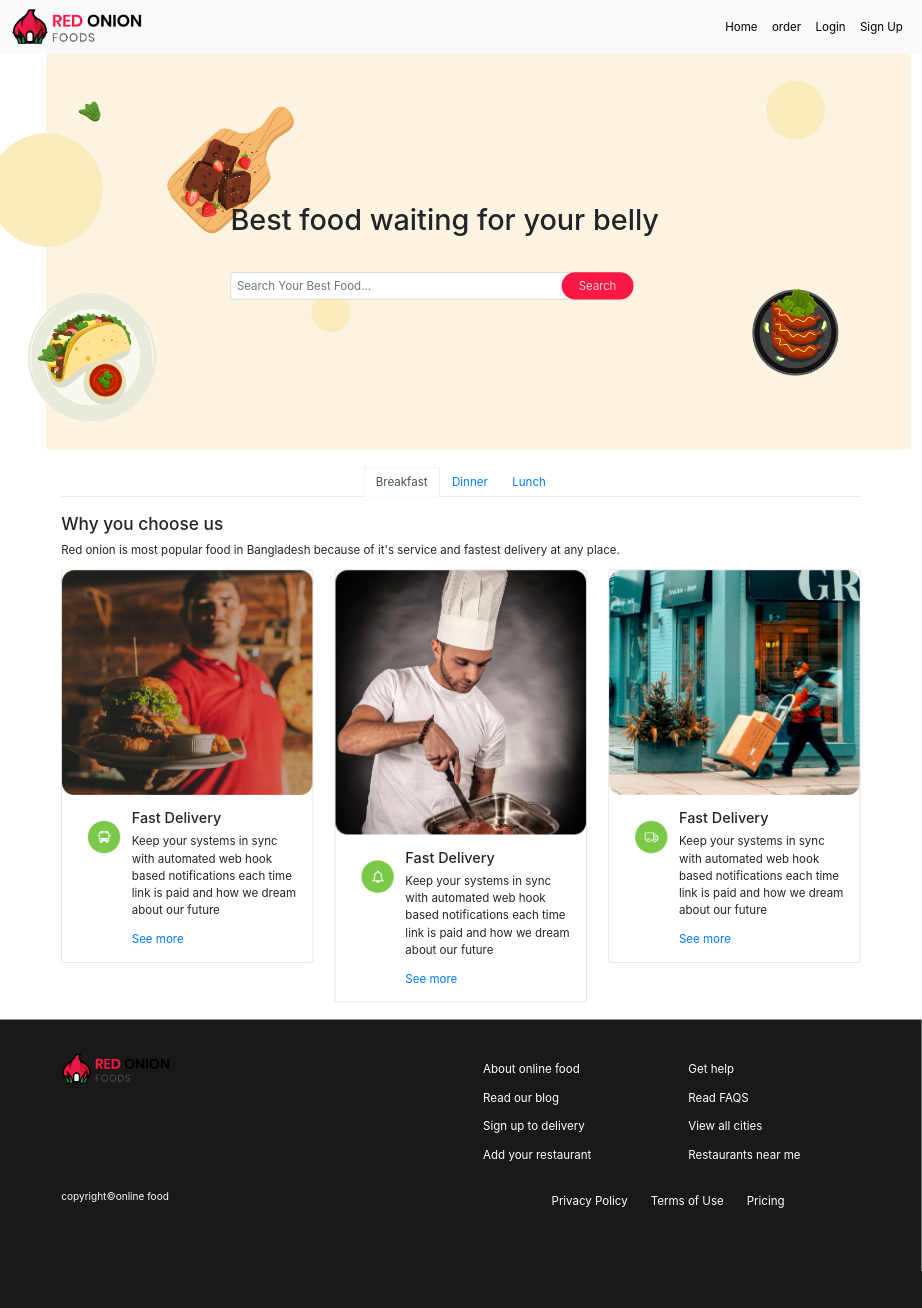
Repository: arif286/red-onion-client
Page: /
The author's editor kept a copy of each file at every save. The page is drawn from the files as they stood at one save, then again after the next save.
The browser window is 1280 px wide. The pictures show the whole page, at 72% of full size.
The page's requests for data from a server got no answer. The project was rebuilt for these pictures with package versions that can differ from the ones it lists, and the page was loaded fresh each time. Some packages were replaced by stand-ins written for this rebuild. No one was signed in, and anything a server would have sent is missing. Also part of the build but not shown: src/App.css, src/components/CheckOut/CheckOut.css, src/components/CheckOut/CheckOutForm/CheckOutFrom.js, src/components/CheckOut/CheckOut.js, src/components/FoodDetails/FoodDetail.css, src/components/FoodDetails/FoodDetail.js, src/components/Food/FoodItem.js, src/components/LogIn/firebase.config.js and 7 more. Imported but missing from the stored project, and not drawn on this page: src/components/CheckOut/Map/Map.

Above is the page before, as saved 2021-04-07 02:01:16.

After the next save:
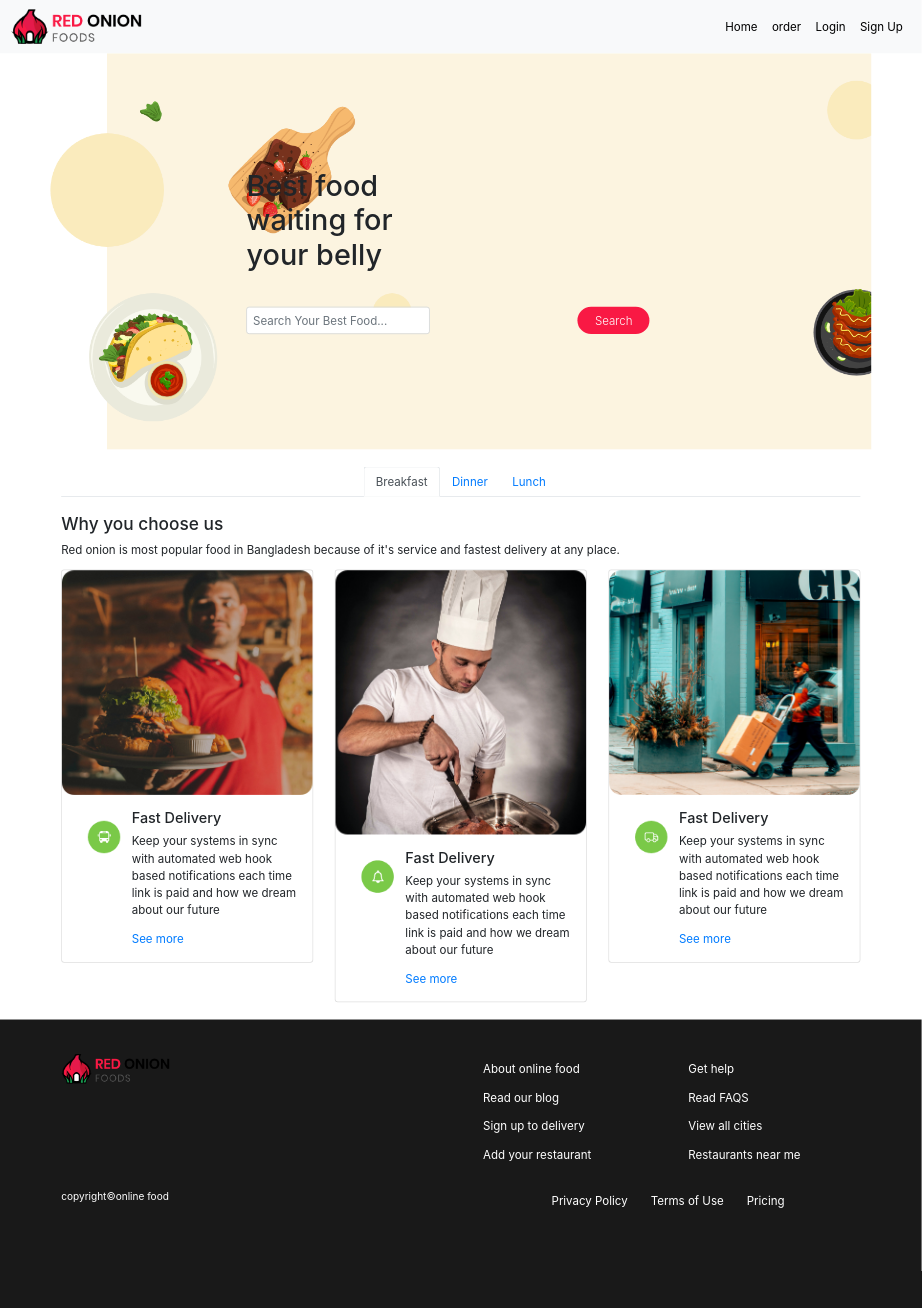
Saved 3 min 32 s later.
--- a/src/components/SearchBar/SearchBar.js
+++ b/src/components/SearchBar/SearchBar.js
@@ -1,5 +1,5 @@
 import React from 'react';
-import { Col, Row } from 'react-bootstrap';
+import { Col, Container, Row } from 'react-bootstrap';
 import background from '../../onion-restaurent/bannerbackground.png';
 import './SearchBar.css';
 
@@ -21,22 +21,24 @@ const SearchBar = () => {
         }
     }
     return (
-      <Row
+      <Container
         className="d-flex justify-content-center align-items-center"
         style={searchBg.bgImage}
       >
-        <Col md={6}>
-          <h1>Best food waiting for your belly</h1>
-          <div className="d-flex mt-5">
-            <input
-              className="form-control searchBar"
-              type="text"
-              placeholder="Search Your Best Food..."
-            />
-            <input className="search-btn" type="submit" value="Search" />
-          </div>
-        </Col>
-      </Row>
+        <Row>
+          <Col md={6}>
+            <h1>Best food waiting for your belly</h1>
+            <div className="d-flex mt-5">
+              <input
+                className="form-control searchBar"
+                type="text"
+                placeholder="Search Your Best Food..."
+              />
+              <input className="search-btn" type="submit" value="Search" />
+            </div>
+          </Col>
+        </Row>
+      </Container>
     );
 };
 
